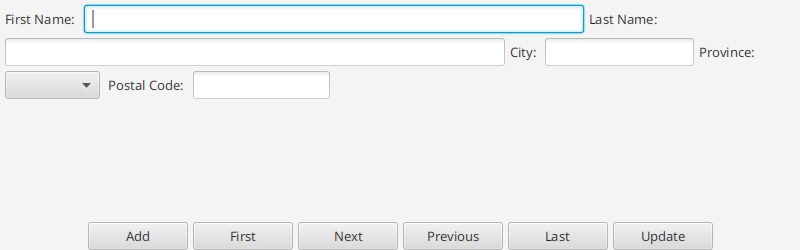
Repository: Mselenko/Java
Program's window: java w_5/JavaFx/src/task_2/AddressBook.java
These files come from the project's save history. The program's window is drawn as it stood at one moment and after the next save; the edit follows.
It runs on Java 21 on a 1366 x 768 screen with JavaFX 11; the title bar is not drawn.

Above is the program's window before, as saved 2019-06-22 00:33:19.

### w_5/JavaFx/src/task_2/AddressBook.java
package task_2;

import javafx.application.Application;
import javafx.geometry.Insets;
import javafx.geometry.Pos;
import javafx.scene.Scene;
import javafx.scene.control.Button;
import javafx.scene.control.Label;
import javafx.scene.control.TextField;
import javafx.stage.Stage;
import javafx.scene.layout.BorderPane;
import javafx.scene.layout.FlowPane;
import javafx.scene.layout.HBox;
import javafx.scene.control.ComboBox;


public class AddressBook extends Application {

	// AddressPanel class
	//*************************************************************************
	class AddressPanel extends BorderPane {

		//defining all necessary Textfields and buttons
		TextField FirstName = new TextField();
		TextField LastName = new TextField();
		TextField City = new TextField();
		ComboBox<String>  Province = new ComboBox();
		TextField Postal_Code = new TextField();
		TextField Result=new TextField();
		Button addBtn = new Button("Add");
		Button firstBtn = new Button("First");
		Button nextBtn = new Button("Next");
		Button previousBtn = new Button("Previous");
		Button lastBtn = new Button("Last");
		Button updateBtn = new Button("Update");
		FlowPane InfoPanel = new FlowPane(5, 5);
		HBox ButtonPanel = new HBox(5);

	// default constructor to set up all form fields
	//**********************************************************************
	public AddressPanel() {
		// set the length of the fields
		FirstName.setPrefColumnCount(40);
		LastName.setPrefColumnCount(40);
		City.setPrefColumnCount(11);
		Province.getItems().add("Ontario");
		Postal_Code.setPrefColumnCount(10);

		// add the textfields and buttons to the FlowPane
		InfoPanel.setPadding(new Insets(5));
		InfoPanel.getChildren().addAll(
									new Label("First Name: "), FirstName,
									new Label("Last Name: "), LastName,
									new Label("City: "), City,
									new Label("Province: "), Province,
									new Label(" Postal Code: "), Postal_Code);

		// set the width of the buttons
		addBtn.setPrefWidth(100);
		firstBtn.setPrefWidth(100);
		nextBtn.setPrefWidth(100);
		previousBtn.setPrefWidth(100);
		lastBtn.setPrefWidth(100);
		updateBtn.setPrefWidth(100);


		// add buttons to the HBox - horizontal button, and adjust alignment position to center
		ButtonPanel.getChildren().addAll(addBtn, firstBtn,nextBtn,previousBtn, lastBtn, updateBtn);
		ButtonPanel.setAlignment(Pos.CENTER);

        // adjust the alignments, set FlowPane to the center and buttons HBox at the bottom
		setCenter(InfoPanel);
		setBottom(ButtonPanel);

	}
}

	AddressPanel panel = new AddressPanel();

	public void start(Stage MainStage) {

		Scene scene = new Scene(panel, 800, 250);
		MainStage.setTitle("Address Book");
		MainStage.setScene(scene);
		MainStage.show();
	}

	// main method
	//**************************************************************
	public static void main(String [] args) {
		launch(args);
	}

	// end scope of the TesterClass
}

After the next save:
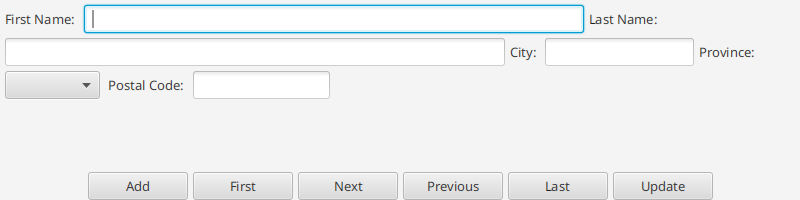
Saved 10 s later.
--- a/w_5/JavaFx/src/task_2/AddressBook.java
+++ b/w_5/JavaFx/src/task_2/AddressBook.java
@@ -79,7 +79,7 @@
 
 	public void start(Stage MainStage) {
 
-		Scene scene = new Scene(panel, 800, 250);
+		Scene scene = new Scene(panel, 800, 200);
 		MainStage.setTitle("Address Book");
 		MainStage.setScene(scene);
 		MainStage.show();
